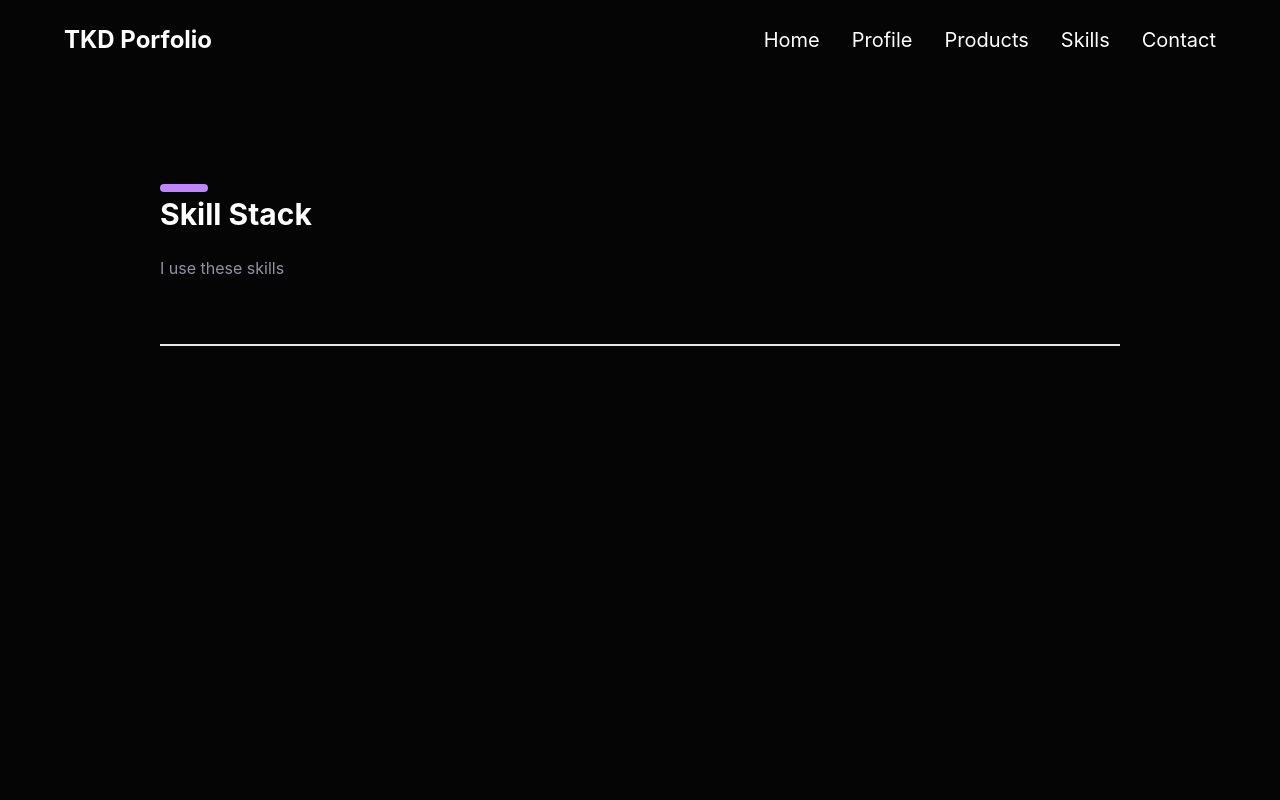
Repository: MitukiTakada/todo-aplication
Page: /skills (app in design/dev/react-tailwind/react-tailwind/)
The author's editor kept a copy of each file at every save. The page is drawn from the files as they stood at one save, then again after the next save.
The browser window is 1280 px wide. The pictures show the whole page.
The project was rebuilt for these pictures with package versions that can differ from the ones it lists, and the page was loaded fresh each time. Also part of the build but not shown: design/dev/react-tailwind/react-tailwind/src/components/Contact.jsx, design/dev/react-tailwind/react-tailwind/src/components/Home.jsx, design/dev/react-tailwind/react-tailwind/src/components/Products.jsx, design/dev/react-tailwind/react-tailwind/src/components/Profile.jsx.

Above is the page before, as saved 2022-11-18 10:44:35.

After the next save:
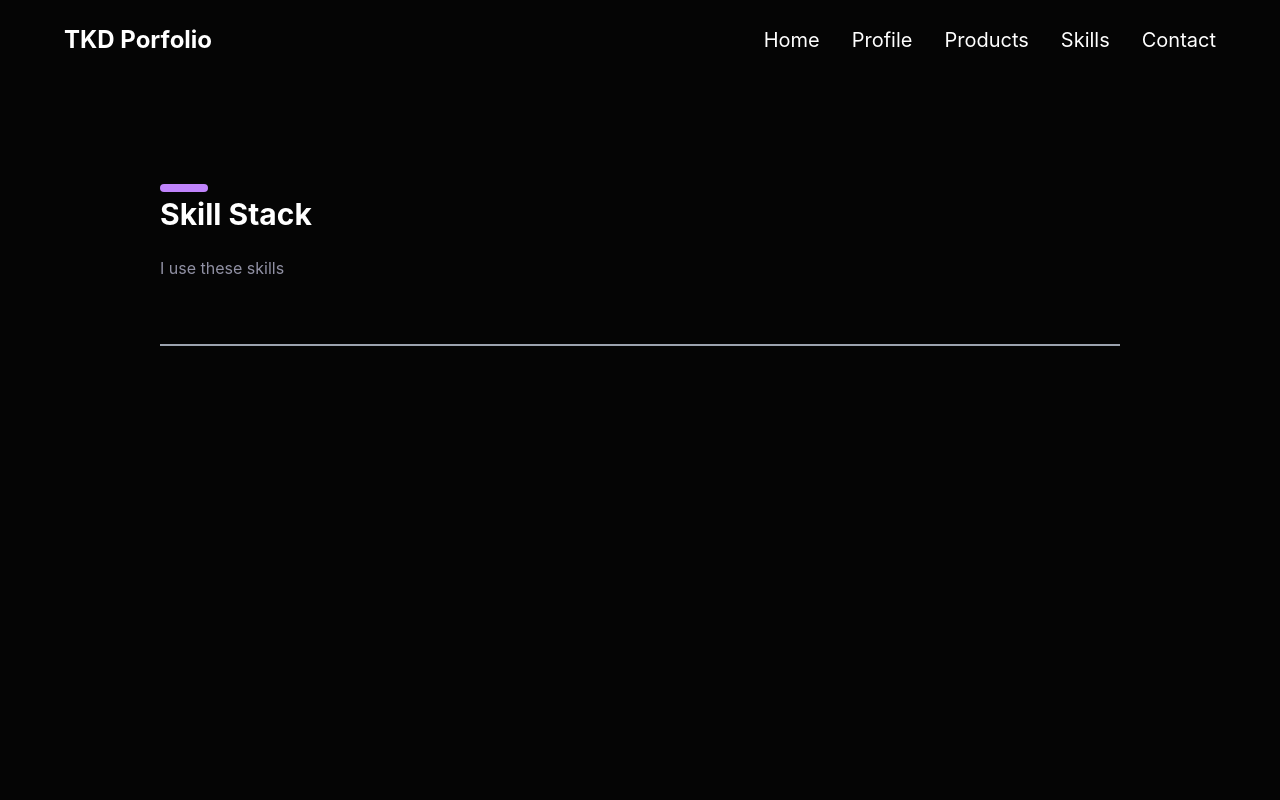
Saved 4 s later.
--- a/design/dev/react-tailwind/react-tailwind/src/components/Skills.jsx
+++ b/design/dev/react-tailwind/react-tailwind/src/components/Skills.jsx
@@ -8,7 +8,7 @@ const Skills = () => {
         <h2 className="secondary-title">Skill Stack</h2>
         <p className="section-paragraph">I use these skills</p>
         <div className="my-16">
-          <div className="w-full border border-g"></div>
+          <div className="w-full border border-gray-400"></div>
         </div>
       </section>
     </div>
